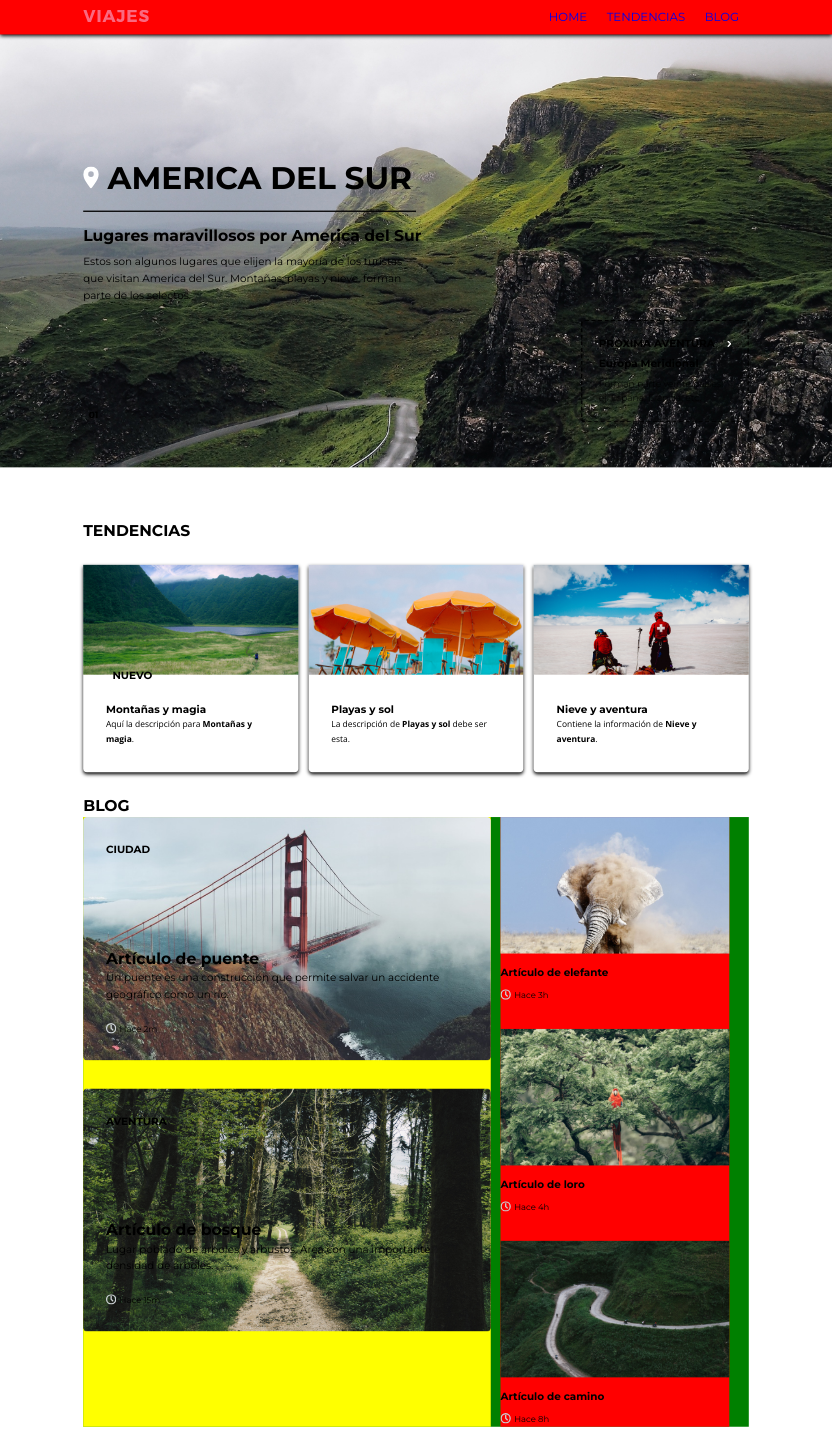
Repository: agustin-mesa/viajes
Page: /
These files come from the project's save history. The page is drawn as it stood at one moment and after the next save; the edit follows.
The browser window is 1280 px wide. The pictures show the whole page, at 65% of full size.
The project was rebuilt for these pictures with package versions that can differ from the ones it lists, and the page was loaded fresh each time. Also part of the build but not shown: src/components/styles/colors.module.scss.

Above is the page before, as saved 2021-11-12 13:17:29.

### public/index.html
<!DOCTYPE html>
<html lang="es">
  <head>
    <meta name="author" content="Mauro Agustín Mesa" />
    <meta charset="utf-8" />
    <meta name="viewport" content="width=device-width, initial-scale=1" />
    <meta name="theme-color" content="#000000" />
    <meta
      name="description"
      content="Web site created using create-react-app"
    />
    <title>React App</title>
  </head>
  <body>
    <noscript>You need to enable JavaScript to run this app.</noscript>
    <div id="root"></div>
  </body>
</html>

### src/index.js
import React from "react";
import ReactDOM from "react-dom";
import App from "./App";
import "./index.css";

const Index = () => {
  return <App />;
};

ReactDOM.render(<Index />, document.getElementById("root"));

### src/App.js
import React from "react";
import Header from "./components/Header";
import Home from "./pages/Home";
import Tendencias from "./pages/Tendencias";
import Blog from "./pages/Blog";

const App = () => {
  return (
    <>
      <Header />
      <Home />
      <Tendencias />
      <Blog />
    </>
  );
};

export default App;

### src/index.css
@import url("https://fonts.googleapis.com/css2?family=Montserrat:wght@100;200;300;400;500;600;700&display=swap");
@import url("https://fonts.googleapis.com/css2?family=Montserrat:wght@100;200;300;400;500;600;700&family=Open+Sans:wght@400;500;600;700&display=swap");

* {
  margin: 0;
  padding: 0;
  list-style: none;
  text-decoration: none;
  border: none;
  outline: none;
  scroll-behavior: smooth;
}

body {
  margin: 0;
  -webkit-font-smoothing: antialiased;
  -moz-osx-font-smoothing: grayscale;
  font-family: "Montserrat", "Open Sans", sans-serif;
}

code {
  font-family: source-code-pro, Menlo, Monaco, Consolas, "Courier New",
    monospace;
}

### src/components/Header.js
import React from "react";
import styled from "styled-components";

// Colors
import * as colors from "./styles/colors.module.scss";

// LOGO
import logo from "../Assets/logo/logo_01.svg";

const Header = () => {
  return (
    <ContainerHeader>
      <nav>
        <div className="header__logo">
          <a href="#home">
            <img src={logo} alt="Viajes" />
          </a>
        </div>
        <ul>
          <li>
            <a href="#home">HOME</a>
          </li>
          <li>
            <a href="#tendencias">TENDENCIAS</a>
          </li>
          <li>
            <a href="#blog">BLOG</a>
          </li>
        </ul>
      </nav>
    </ContainerHeader>
  );
};

const ContainerHeader = styled.header`
  position: fixed;
  top: 0;
  left: 0;
  right: 0;
  z-index: 999;
  background: red;
  background: ${colors.white};
  box-shadow: 0px 3px 6px ${colors.blackOpac};
  nav {
    display: flex;
    flex-direction: row;
    justify-content: space-between;
    align-items: center;
    padding: 15px 10%;
    ul {
      display: flex;
      flex-direction: row;
      justify-content: flex-end;
      align-items: center;
      width: 100%;
      li a {
        padding: 15px 15px;
        font: normal normal normal 18px/13px Montserrat;
        color: ${colors.blueRelax};
        transition: all 0.2s ease;
      }
      li a:hover {
        color: ${colors.darkblue};
      }
    }
  }
`;

export default Header;

### src/pages/Home.js
import React from "react";
import styled from "styled-components";

import * as colors from "../components/styles/colors.module.scss";

// IMG
import viajesHero from "../Assets/img/Viajes_Hero.jpg";
import icPin from "../Assets/iconos/ic_pin.svg";
import icArrow from "../Assets/iconos/arrow.svg";

// Importo etiquetas default con estilos propios
import { Parrafo, Span, H3, H5 } from "../components/styles/stylesDefault";

const Home = () => {
  return (
    <ContainerHome id="home">
      <HeroWrapper>
        <div className="hero__title">
          <h1>
            <img src={icPin} alt="Pin" /> AMERICA DEL SUR
          </h1>
          <hr />
          <H3 color="white">Lugares maravillosos por America del Sur</H3>
          <Parrafo>
            Estos son algunos lugares que elijen la mayoría de los turistas que
            visitan America del Sur. Montañas, playas y nieve, forman parte de
            los selectos.
          </Parrafo>
        </div>
        <div className="hero__info">
          <H5>
            PRÓXIMA AVENTURA <img src={icArrow} alt="Arrow" />
          </H5>
          <Span color="white">Europa Meridional</Span>
          <p>
            Forman parte veinte países. <br />
            ej. España, Francia, etc.
          </p>
        </div>
      </HeroWrapper>
      <div className="slider">
        <span>01</span>
      </div>
    </ContainerHome>
  );
};

const ContainerHome = styled.div`
  width: 100%;
  height: 100vh;
  background-image: url(${viajesHero});
  background-size: cover;
  background-position: center;

  .slider {
    position: absolute;
    width: 13%;
    bottom: 60px;
    display: flex;
    align-items: center;
    justify-content: flex-end;
    z-index: 1;
    span {
      display: flex;
      align-items: center;
      justify-content: center;
      width: 45px;
      height: 45px;
      background: ${colors.white};
      border-radius: 50px;
      font: normal normal bold 14px/22px Montserrat;
    }
    span::after {
      content: "";
      position: absolute;
      width: 70px;
      height: 70px;
      background: ${colors.whiteOpac};
      border-radius: 50px;
      z-index: -2;
    }
    span::before {
      content: "";
      position: absolute;
      left: 0;
      width: 100%;
      height: 5px;
      background: ${colors.pink};
      z-index: -1;
    }
  }
`;

const HeroWrapper = styled.div`
  position: absolute;
  top: 0;
  bottom: 0;
  left: 10%;
  right: 10%;
  display: flex;
  align-items: center;
  .hero__title {
    display: flex;
    align-items: flex-start;
    justify-content: center;
    flex-direction: column;
    color: ${colors.white};

    h1 {
      font: normal normal bold 48px/42px Montserrat;
    }
    hr {
      width: 50%;
      border-bottom: 2px solid ${colors.white};
      margin: 30px 0 20px;
    }
  }

  .hero__info {
    position: absolute;
    right: 0;
    bottom: 70px;
    background: ${colors.darkblueOpac} 0% 0% no-repeat padding-box;
    border: 2px dashed ${colors.whiteOpac};
    border-radius: 6px;
    padding: 25px;

    p {
      font: normal normal 300 14px/22px Montserrat;
      color: ${colors.white};
      margin: 10px 0 0;
    }
  }
`;

export default Home;

### src/pages/Tendencias.js
import React from "react";
import styled from "styled-components";

// Colors
import * as colors from "../components/styles/colors.module.scss";

// IMG
import card01 from "../Assets/img/card_01.png";
import card02 from "../Assets/img/card_02.png";
import card03 from "../Assets/img/card_03.png";

// Importo etiquetas default con estilos propios
import { H3 } from "../components/styles/stylesDefault";

// Components
import TendenciaItem from "../components/TendenciaItem";

const Tendencias = () => {
  // Simulo una base de datos para luego imprimir cada CARD.
  // Aunque también se podría hacer manualmente usando el componente
  // TendenciaItem y usar sus props, pero la manera más eficiente es el de
  // simular una base de datos; tranquilamente se muestra cada CARD con tan solo
  // agregar un objeto más dentro del array.
  const tendencias = [
    {
      src: card01,
      isNew: true,
      titulo: "Montañas y magia",
      descripcion: (
        <>
          Aquí la descripción para <b>Montañas y magia</b>.
        </>
      ),
    },
    {
      src: card02,
      isNew: false,
      titulo: "Playas y sol",
      descripcion: (
        <>
          La descripción de <b>Playas y sol</b> debe ser esta.
        </>
      ),
    },
    {
      src: card03,
      isNew: false,
      titulo: "Nieve y aventura",
      descripcion: (
        <>
          Contiene la información de <b>Nieve y aventura</b>.
        </>
      ),
    },
  ];

  return (
    <ContainerTendencias id="tendencias">
      <div className="tendencias">
        <div className="tendencias__header">
          <H3 color="darkblue">TENDENCIAS</H3>
        </div>
        <div className="tendencias__body">
          {tendencias.map((tendencia, i) => {
            return (
              <TendenciaItem
                src={tendencia.src}
                nuevo={tendencia.isNew}
                titulo={tendencia.titulo}
                descripcion={tendencia.descripcion}
                key={i}
              />
            );
          })}
        </div>
      </div>
    </ContainerTendencias>
  );
};

const ContainerTendencias = styled.section`
  height: 90vh;
  padding: 80px 10% 0;
  background: ${colors.grey};

  .tendencias__body {
    display: flex;
    align-items: center;
    margin: 35px 0 0;

    div:last-child {
      margin: 0;
    }
  }
  .tendencias__header {
    width: 100%;
  }
`;

export default Tendencias;

### src/pages/Blog.js
import React from "react";
import styled from "styled-components";

// Colors
import * as colors from "../components/styles/colors.module.scss";

// IMG
import artBig01 from "../Assets/img/articulo_big_01.png";
import artBig02 from "../Assets/img/articulo_big_02.png";
import artSmall01 from "../Assets/img/articulo_small_01.png";
import artSmall02 from "../Assets/img/articulo_small_02.png";
import artSmall03 from "../Assets/img/articulo_small_03.png";

// Importo etiquetas default con estilos propios
import { H3 } from "../components/styles/stylesDefault";

// Components
import BigNewItem from "../components/BigNewItem";
import SmallNewItem from "../components/SmallNewItem";

const Blog = () => {
  const articulosBig = [
    {
      src: artBig01,
      tipo: "CIUDAD",
      titulo: "Artículo de puente",
      descripcion:
        "Un puente es una construcción que permite salvar un accidente geográfico como un río.",
      time: "2m",
    },
    {
      src: artBig02,
      tipo: "AVENTURA",
      titulo: "Artículo de bosque",
      descripcion:
        "Lugar poblado de árboles y arbustos. Área con una importante densidad de árboles.",
      time: "15m",
    },
  ];

  const articulosSmall = [
    {
      src: artSmall01,
      titulo: "Artículo de elefante",
      time: "3h",
    },
    {
      src: artSmall02,
      titulo: "Artículo de loro",
      time: "4h",
    },
    {
      src: artSmall03,
      titulo: "Artículo de camino",
      time: "8h",
    },
  ];

  return (
    <ContainerBlog>
      <div className="blog" id="blog">
        <div className="blog__header">
          <H3 color="darkblue">BLOG</H3>
        </div>
        <div className="blog__body">
          <article className="blog__article">
            {articulosBig.map((articulo, i) => {
              return (
                <BigNewItem
                  src={articulo.src}
                  tipo={articulo.tipo}
                  titulo={articulo.titulo}
                  descripcion={articulo.descripcion}
                  time={articulo.time}
                  key={i}
                />
              );
            })}
          </article>
          <aside className="blog__aside">
            {articulosSmall.map((articulo, i) => {
              return (
                <SmallNewItem
                  src={articulo.src}
                  titulo={articulo.titulo}
                  time={articulo.time}
                  key={i}
                />
              );
            })}
          </aside>
        </div>
      </div>
    </ContainerBlog>
  );
};

const ContainerBlog = styled.section`
  position: relative;
  height: 95vh;
  padding: 80px 10% 0;
  background: ${colors.white};

  .blog {
    position: absolute;
    top: -300px;
    left: 10%;
    right: 10%;
    bottom: 0;
    display: flex;
    align-items: center;
    justify-content: flex-start;
    flex-direction: column;
    padding: 75px 0 50px;
  }
  .blog__body {
    display: grid;
    gap: 15px;
    width: 100%;
    background: green;

    grid-template: ".blog__article .blog__aside" auto / auto;
  }
  .blog__header {
    width: 100%;
  }
  .blog__article {
    display: flex;
    align-items: center;
    justify-content: flex-start;
    flex-direction: column;

    background: yellow;
    article:first-child {
      margin: 0 0 40px;
    }
  }
  .blog__aside {
    background: red;
    display: flex;
    align-items: center;
    justify-content: flex-start;
    flex-direction: column;
    article:last-child {
      margin: 0;
    }
  }
  /*
  @media only screen and (max-width: 1020px) {
    .blog__body {
      grid-template-areas: ".blog__article" ".blog__aside";
    }
  }*/
`;

export default Blog;

### src/components/styles/stylesDefault.js
import styled from "styled-components";

// Colors
import * as colors from "./colors.module.scss";

const Parrafo = styled.p`
  margin: 10px 0 0;
  font: normal normal normal 16px/26px Montserrat;
  width: 50%;
  color: ${colors.white};
`;

const H3 = styled.h3`
  font: normal normal bold 24px/34px Montserrat;
  color: ${(props) => {
    if (props.color === "white") return colors.white;
    if (props.color === "darkblue") return colors.darkblue;
  }};
`;

const H5 = styled.h5`
  font: normal normal bold 16px/20px Montserrat;
  color: ${colors.pink};
  margin: 0 0 10px;
  img {
    margin: 0 0 0 15px;
  }
`;

const Span = styled.span`
  font: normal normal bold 16px/20px Montserrat;
  color: ${(props) => {
    if (props.color === "white") return colors.white;
    if (props.color === "darkblue") return colors.darkblue;
  }};
`;

export { Parrafo, Span, H3, H5 };

### src/components/TendenciaItem.js
import React from "react";
import styled from "styled-components";

// Colors
import * as colors from "./styles/colors.module.scss";

import { Span } from "./styles/stylesDefault";

const TendenciaItem = ({ src, nuevo, titulo, descripcion }) => {
  return (
    <TenItem>
      <div className="tendencia-item__img">
        <img src={src} alt={titulo} />
      </div>
      <div className="tendencia-item__new">{nuevo && <span>NUEVO</span>}</div>
      <div className="tendencia-item__descrip">
        <Span color="darkblue">{titulo}</Span>
        <p>{descripcion}</p>
      </div>
    </TenItem>
  );
};

const TenItem = styled.div`
  background: ${colors.white} 0% 0% no-repeat padding-box;
  box-shadow: 0px 3px 6px ${colors.blackOpac};
  border-radius: 0 0 6px 6px;
  margin: 0 16px 0 0;
  width: 100%;

  .tendencia-item__img img {
    width: 100%;
  }
  .tendencia-item__new {
    width: 100%;
    position: relative;
    span {
      position: absolute;
      top: -20px;
      left: 35px;
      background: ${colors.pink};
      border-radius: 6px;
      padding: 10px;
      font: normal normal bold 16px/13px Montserrat;
      color: ${colors.white};
    }
  }
  .tendencia-item__descrip {
    padding: 40px 35px;
    p {
      font: normal normal normal 13px/23px Open Sans;
      color: ${colors.greyBlue};
    }
  }
`;

export default TendenciaItem;

### src/components/BigNewItem.js
import React from "react";
import styled from "styled-components";

// Importo etiquetas default con estilos propios
import { Span, H3, Parrafo } from "../components/styles/stylesDefault";
import Time from "./Time";

const BigNewItem = ({ src, tipo, titulo, descripcion, time }) => {
  return (
    <NewItemBig>
      <img className="img__bg" src={src} alt={titulo} />
      <div className="newItem__info">
        <div className="info__header">
          <Span color="white">{tipo}</Span>
        </div>
        <div className="info__body">
          <H3 color="white">{titulo}</H3>
          <Parrafo>{descripcion}</Parrafo>
          <Time time={time} />
        </div>
      </div>
    </NewItemBig>
  );
};

const NewItemBig = styled.article`
  position: relative;
  border-radius: 6px;
  width: 100%;

  .img__bg {
    width: 100%;
    min-width: 500px;
  }
  .newItem__info {
    position: absolute;
    top: 40px;
    left: 35px;
    right: 35px;
    bottom: 40px;
    display: flex;
    flex-direction: column;
    justify-content: space-between;
  }
  .info__body p {
    width: 100%;
    margin: 0 0 25px;
  }
`;

export default BigNewItem;

### src/components/SmallNewItem.js
import React from "react";
import styled from "styled-components";

// Importo etiquetas default con estilos propios
import { Span } from "../components/styles/stylesDefault";

// Components
import Time from "./Time";

const SmallNewItem = ({ src, titulo, time }) => {
  return (
    <NewItemSmall>
      <img className="img__bg" src={src} alt={titulo} />
      <Span className="titulo" color="darkblue">
        {titulo}
      </Span>
      <Time time={time} />
    </NewItemSmall>
  );
};

const NewItemSmall = styled.article`
  display: flex;
  align-items: start;
  justify-content: center;
  flex-direction: column;
  margin: 0 0 40px;
  span.titulo {
    margin: 20px 0 10px;
  }
  .img__bg {
    width: 100%;
    min-width: 300px;
  }
`;

export default SmallNewItem;

### src/components/Time.js
import React from "react";
import styled from "styled-components";

// Colors
import * as colors from "./styles/colors.module.scss";

// IMG
import icTime from "../Assets/iconos/time.svg";

const Time = ({ time }) => {
  return (
    <Timer>
      <img src={icTime} alt="Time" /> Hace {time}
    </Timer>
  );
};

const Timer = styled.span`
  display: flex;
  align-items: center;
  font: normal normal normal 13px/26px Montserrat;
  color: ${colors.blueRelax};
  img {
    margin: 0 5px 0 0;
  }
`;
export default Time;

After the next save:
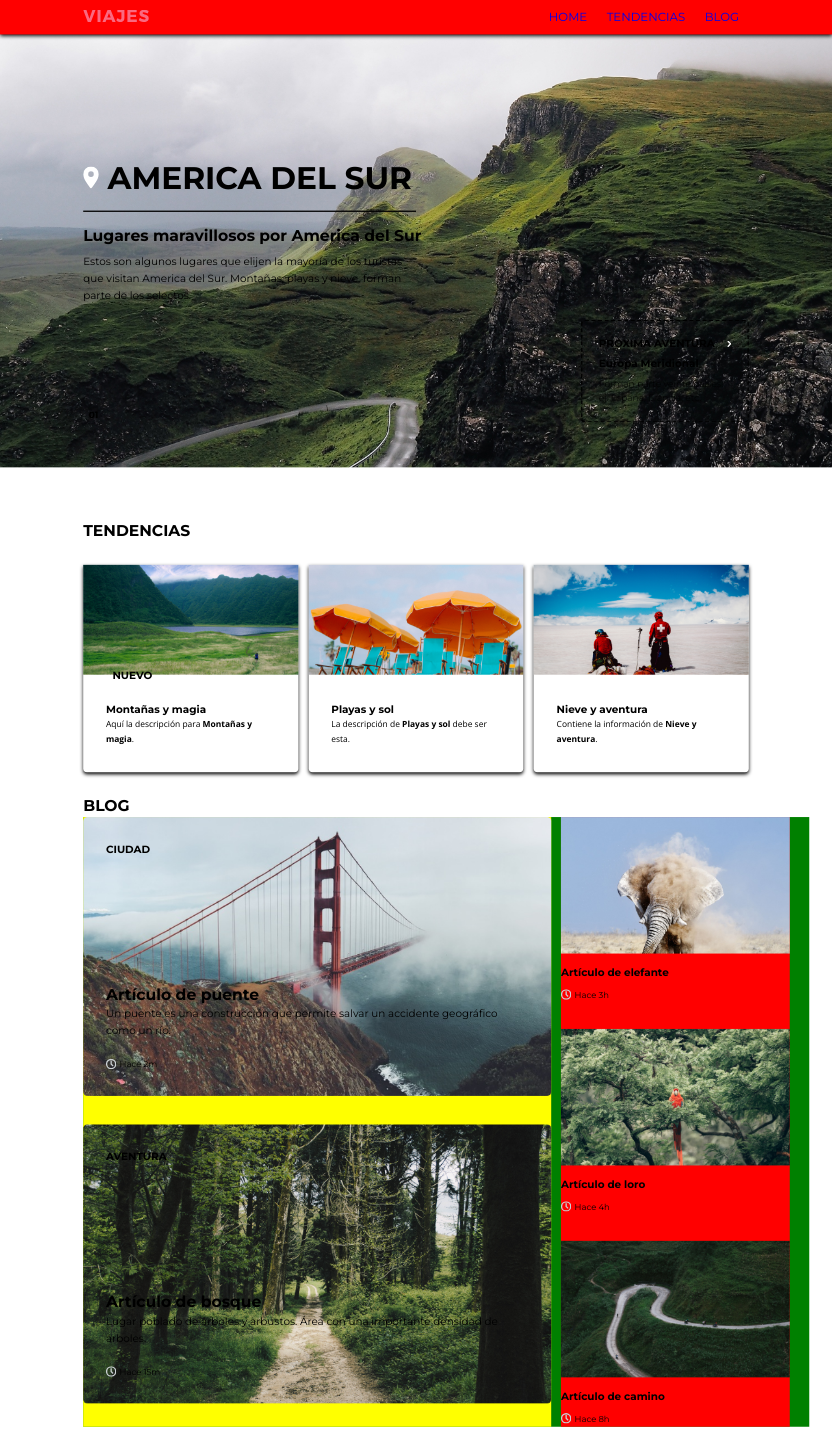
Saved 101 s later.
--- a/src/pages/Blog.js
+++ b/src/pages/Blog.js
@@ -104,8 +104,6 @@ const ContainerBlog = styled.section`
   .blog {
     position: absolute;
     top: -300px;
-    left: 10%;
-    right: 10%;
     bottom: 0;
     display: flex;
     align-items: center;
